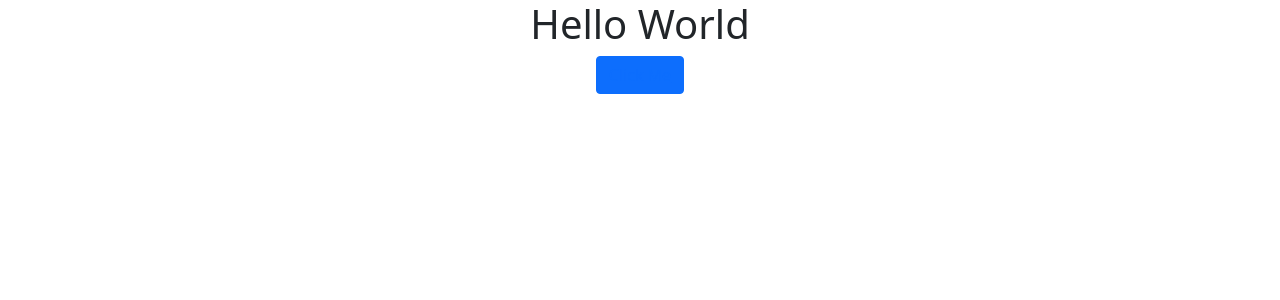
Repository: NitSharma87/Advance-Java
Page: http://localhost/Servlet_Excercise/
The author's editor kept a copy of each file at every save. The page is drawn from the files as they stood at one save, then again after the next save.
The browser window is 1280 px wide. The pictures show the whole page.
The page is served by Tomcat 10.

Above is the page before, as saved 2026-07-07 10:27:12.

After the next save:
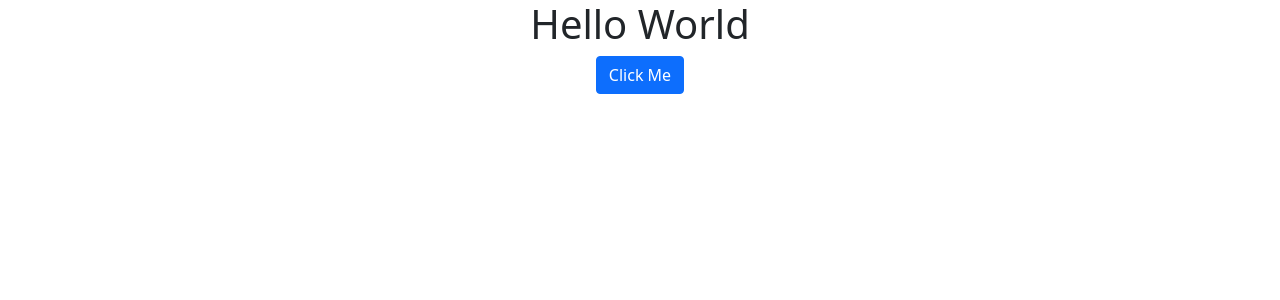
Saved 31 s later.
--- a/Servlet Excercise/src/main/webapp/index.jsp
+++ b/Servlet Excercise/src/main/webapp/index.jsp
@@ -12,7 +12,7 @@
 <body>
 <div align="center">
 <h1>Hello World</h1>
-<button class="btn btn-primary"><a href="/LoginCtl">Click Me</a></button>
+<a href="/LoginCtl" class="btn btn-primary">Click Me</a>
 </div>
 
 	<script src="https://cdn.jsdelivr.net/npm/bootstrap@5.0.2/dist/js/bootstrap.min.js" ></script>
